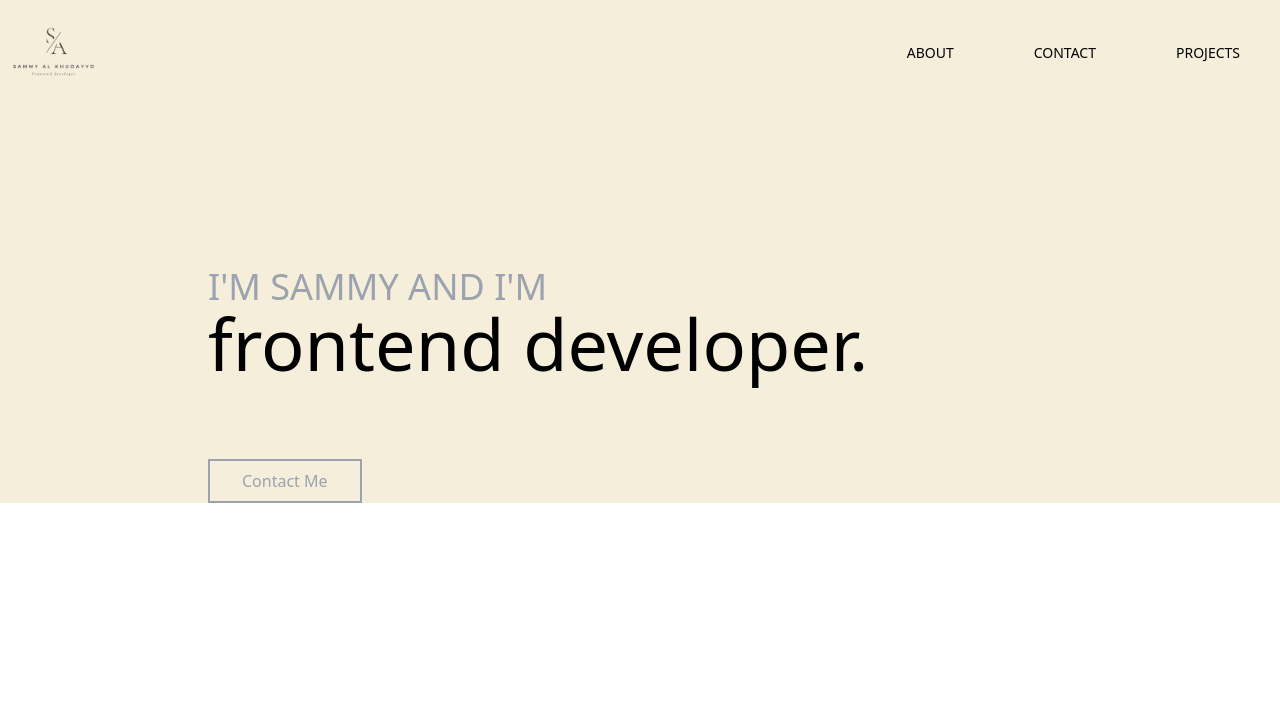
Repository: Al123Kudayyd/myportfolio
Page: /
An editor plug-in stored every save of this project. The page is shown before and after the next save, followed by the edit.
The browser window is 1280 px wide. The pictures show the whole page.
The project was rebuilt for these pictures with package versions that can differ from the ones it lists, and the page was loaded fresh each time.

Above is the page before, as saved 2024-02-20 09:40:39.

### src/App.js
import Main from './components/Main';
import Nav from './components/Nav';
import Model from './components/Model'

function App() {
  return (
    <div className="bg-[#f4eedb] h-screen ">
      <Nav />
      <Main />
      <Model />
    </div>
  );
}

export default App;

### src/components/Main.jsx
import React from 'react'


function Main() {
  return (
    <div className='bg-[#f4eedb] pl-52 pt-40 h-max'>
        <div className=''>
            <h1 className=''><span className='text-gray-400 font-extralight text-4xl'>I'M SAMMY AND I'M</span>
            <br /><span className='text-7xl'>frontend developer.</span></h1>
            <button className='mt-20 border-gray-400 border-2 text-gray-400 py-2 px-8 hover:bg-gray-400 hover:text-[#f4eedb]
            transition-all duration-300'>
                Contact Me</button>
        </div>

    </div>
  )
}

export default Main

### src/components/Nav.jsx
import React from 'react'
import logo from '../assets/logo.png'

function Nav() {
  return (
    <div className='bg-[#f4eedb] '>
        <div className='flex justify-between items-center'>
            <img src={logo} className="w-1/12" />
            <ul className='flex font-extralight text-sm '>
                <li className='px-10 cursor-pointer hover:text-gray-400 transition-all duration-300'>ABOUT</li>
                <li className='px-10 cursor-pointer hover:text-gray-400 transition-all duration-300'>CONTACT</li>
                <li className='px-10 cursor-pointer hover:text-gray-400 transition-all duration-300'>PROJECTS</li>
            </ul>
        </div>

    </div>
  )
}

export default Nav

### src/components/model.js
import React from 'react'

function model() {
  return (
    <div>

    </div>
  )
}

export default model

### tailwind.config.js
/** @type {import('tailwindcss').Config} */
module.exports = {
  content: [
    "./src/components/Nav.{js,jsx,ts,tsx}",
    "./src/components/Main.{js,jsx,ts,tsx}",
    "./src/components/App.{js,jsx,ts,tsx}",
    "./src/components/Model.{js,jsx,ts,tsx}"
  ],
  theme: {
    extend: {},
  },
  plugins: [],
}

Loaded but not shown: public/index.html (common file); src/index.js (common file); src/index.css (common file); src/reportWebVitals.js (common file)

After the next save:
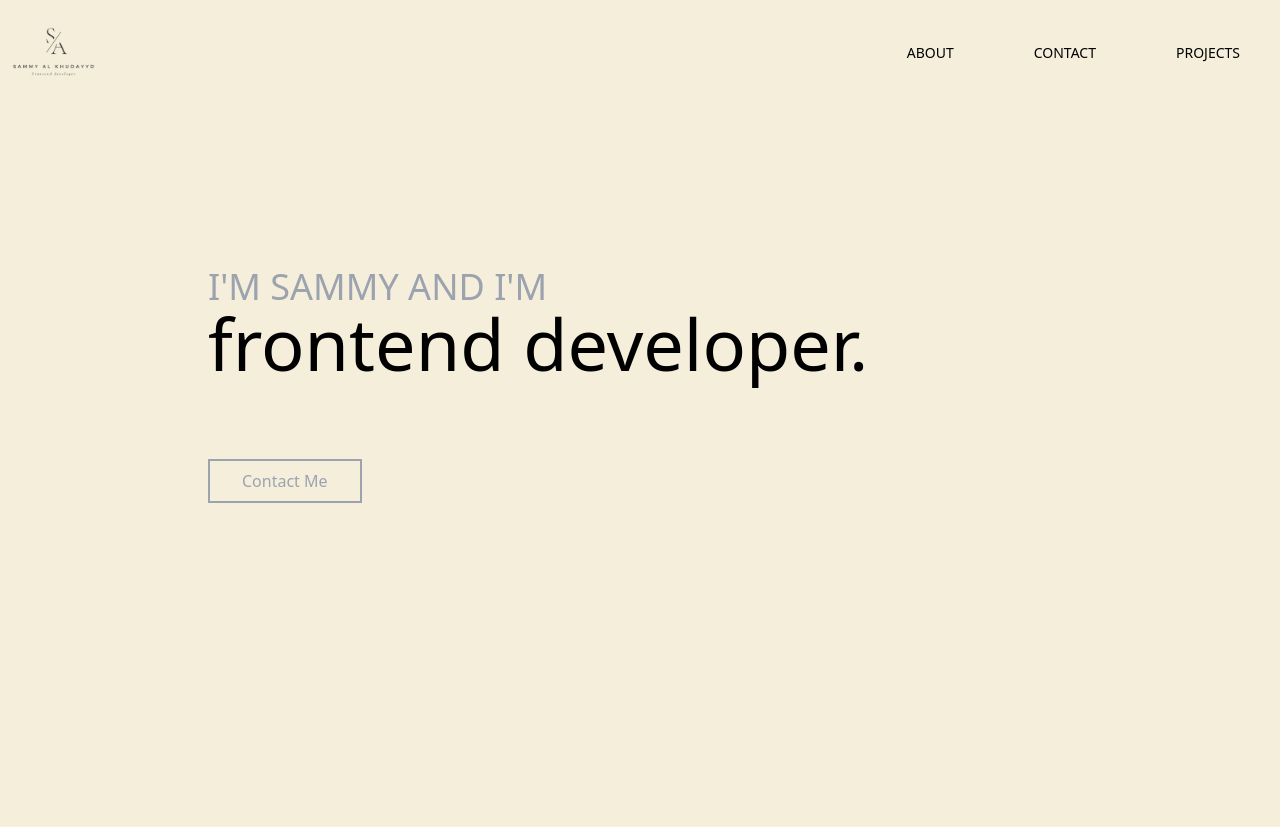
Saved 6 s later.
--- a/src/components/Main.jsx
+++ b/src/components/Main.jsx
@@ -3,7 +3,7 @@
 
 function Main() {
   return (
-    <div className='bg-[#f4eedb] pl-52 pt-40 h-max'>
+    <div className='bg-[#f4eedb] pl-52 pt-40 h-screen'>
         <div className=''>
             <h1 className=''><span className='text-gray-400 font-extralight text-4xl'>I'M SAMMY AND I'M</span>
             <br /><span className='text-7xl'>frontend developer.</span></h1>

After the save that followed:
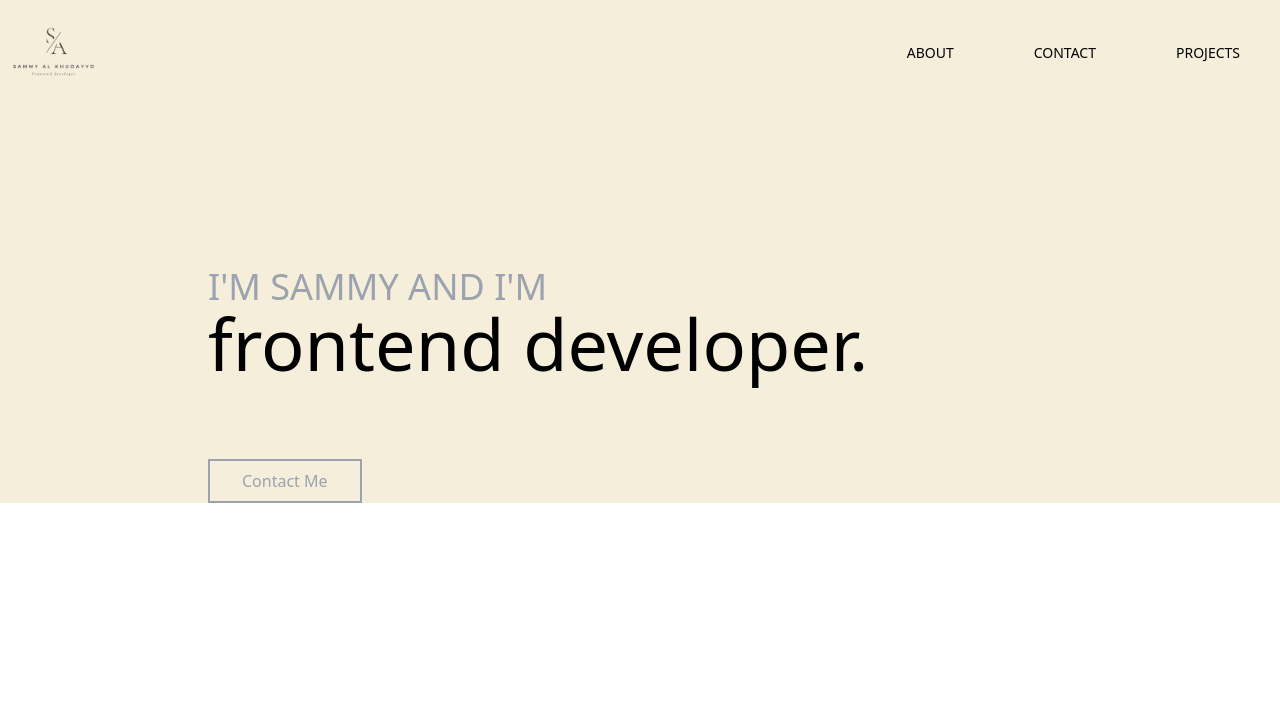
Saved 7 s later.
--- a/src/components/Main.jsx
+++ b/src/components/Main.jsx
@@ -3,7 +3,7 @@
 
 function Main() {
   return (
-    <div className='bg-[#f4eedb] pl-52 pt-40 h-screen'>
+    <div className='bg-[#f4eedb] pl-52 pt-40 '>
         <div className=''>
             <h1 className=''><span className='text-gray-400 font-extralight text-4xl'>I'M SAMMY AND I'M</span>
             <br /><span className='text-7xl'>frontend developer.</span></h1>
